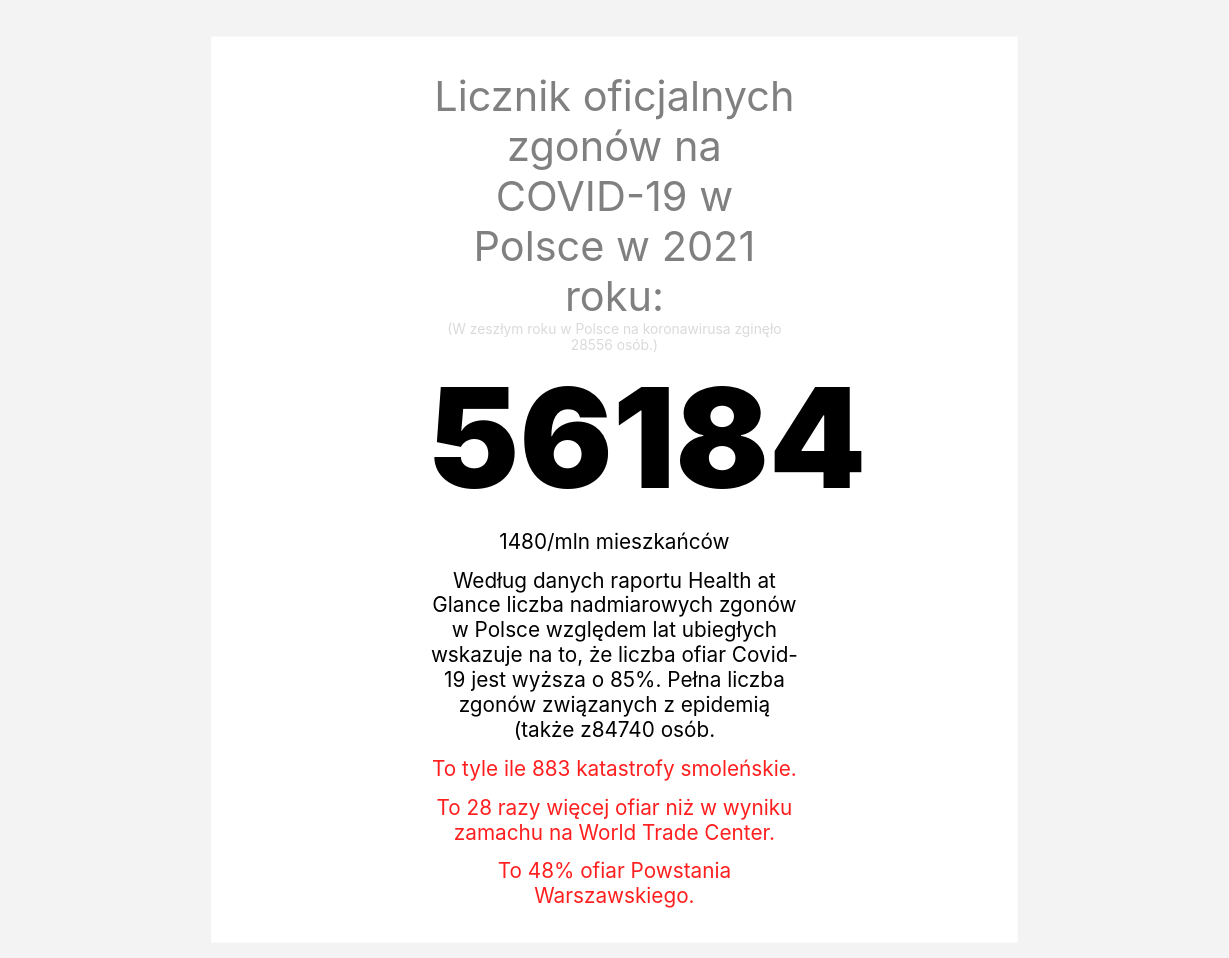
Repository: michalgornicki/poland-covid
Page: /
The author's editor kept a copy of each file at every save. The page is drawn from the files as they stood at one save, then again after a run of saves.
The browser window is 1280 px wide. The pictures show the whole page, at 96% of full size.
The project was rebuilt for these pictures with package versions that can differ from the ones it lists, and the page was loaded fresh each time.

Above is the page before, as saved 2021-12-04 21:11:16.

### src/App.jsx
import React, { useEffect } from "react";
import "./App.css";

function App() {
  const startTime = () => {
    const date = new Date();
    let miliseconds = date.getTime();
    let seconds = Math.round(miliseconds / 1000);
    let thisYearSeconds = Math.round(seconds - 1609401600);
    let deaths = Math.round(thisYearSeconds * 0.00192110763);
    let allDeaths = deaths + 28556;
    let excessDeaths = allDeaths*1.85;
    let smolensk = Math.round(allDeaths / 96);
    let tradeCenter = Math.round(allDeaths / 2977);
    let uprising = (allDeaths / 175000).toFixed(2) * 100;


    document.getElementsByClassName("counter")[0].innerHTML = deaths;
    let deathsPerMillion = Math.round(deaths / 37.95);
    document.getElementsByClassName("counter-2")[0].innerHTML =
      deathsPerMillion + "/mln mieszkańców";
    document.getElementsByClassName("counter-3")[0].innerHTML =
      "Łącznie na Covid-19 zginęło w Polsce już " + (deaths + 28556) + " osób.";
      document.getElementsByClassName("counter-3")[0].innerHTML =
      "Według danych raportu Health at Glance liczba nadmiarowych zgonów w Polsce względem lat ubiegłych wskazuje na to, że liczba ofiar Covid-19 jest wyższa o 85%. Pełna liczba zgonów związanych z epidemią (także z" + (deaths + 28556) + " osób.";
    document.getElementsByClassName("counter-4")[0].innerHTML =
      "To tyle ile " + smolensk + " katastrofy smoleńskie.";
      document.getElementsByClassName("counter-4")[1].innerHTML =
      "To " + tradeCenter + " razy więcej ofiar niż w wyniku zamachu na World Trade Center.";
      document.getElementsByClassName("counter-4")[2].innerHTML =
      "To " + uprising + "% ofiar Powstania Warszawskiego.";

    setTimeout(startTime, 1000);
  };

  useEffect(() => {
    startTime();
  });

  return (
    <p>
      <div className="text-container">
        <div className="header">
          Licznik oficjalnych zgonów na COVID-19 w Polsce w 2021 roku:
        </div>
        <div className="header-2">
          (W zeszłym roku w Polsce na koronawirusa zginęło 28556 osób.)
        </div>
        <div className="counter">{""}</div>
        <div className="counter-2">{""}</div>
        <div className="counter-3"></div>
        <div className="counter-4"></div>
        <div className="counter-4"></div>
        <div className="counter-4"></div>
      </div>
    </p>
  );
}

export default App;

### src/App.css
body{
    background-color: rgb(243, 243, 243);
}

.text-container{
    display: block;
    margin: auto;
    margin-top: 3%;
    background-color: white;
    width: 60%;
    padding: 5vmin;
}

.header{
    font-size: 6vmin;
    display: block;
    margin: auto;
    width: 50%;
    text-align: center;
    color: gray;
}

.header-2{
    font-size: 2vmin;
    display: block;
    margin: auto;
    width: 50%;
    text-align: center;
    color: rgb(218, 218, 218);
}

.counter{
    font-size: 20vmin;
    font-weight: 900;
    display: block;
    margin: auto;
    width: 50%;
    text-align: center;
    color: rgb(0, 0, 0);
}

.counter-2{
    font-size: 3vmin;
    display: block;
    margin: auto;
    margin-top: 1vmin;
    width: 50%;
    text-align: center;
}

.counter-3{
    font-size: 3vmin;
    display: block;
    margin: auto;
    margin-top: 2vmin;
    width: 50%;
    text-align: center;
    color: rgb(0, 0, 0);
}

.counter-4{
    font-size: 3vmin;
    display: block;
    margin: auto;
    margin-top: 2vmin;
    width: 50%;
    text-align: center;
    color: rgb(255, 31, 31);
}

@media only screen and (max-width: 800px) {

    .text-container{
        display: block;
        margin: auto;
        margin-top: 3%;
        background-color: white;
        width: 90%;
        padding: 5vmin;
    }

    .header{
        font-size: 9vmin;
        display: block;
        margin: auto;
        width: 100%;
        text-align: center;
        color: gray;
    }

    .header-2{
        font-size: 5vmin;
        display: block;
        margin: auto;
        width: 100%;
        text-align: center;
        color: rgb(218, 218, 218);
    }

    .counter{
        font-size: 28vmin;
        font-weight: 900;
        display: block;
        margin: auto;
        width: fit-content;
        text-align: center;
        color: rgb(0, 0, 0);
    }

    .counter-2{
        font-size: 6vmin;
        display: block;
        margin: auto;
        margin-top: 1vmin;
        width: fit-content;
        text-align: center;
    }

    .counter-3{
        font-size: 6vmin;
        display: block;
        margin: auto;
        margin-top: 2vmin;
        width: fit-content;
        text-align: center;
        color: rgb(0, 0, 0);
    }

    .counter-4{
        font-size: 6vmin;
        display: block;
        margin: auto;
        margin-top: 10vmin;
        width: fit-content;
        text-align: center;
        color: rgb(255, 31, 31);
    }
}

Loaded but not shown: public/index.html (common file); src/index.js (common file); src/index.css (common file); src/reportWebVitals.js (common file)

After the next 4 saves:
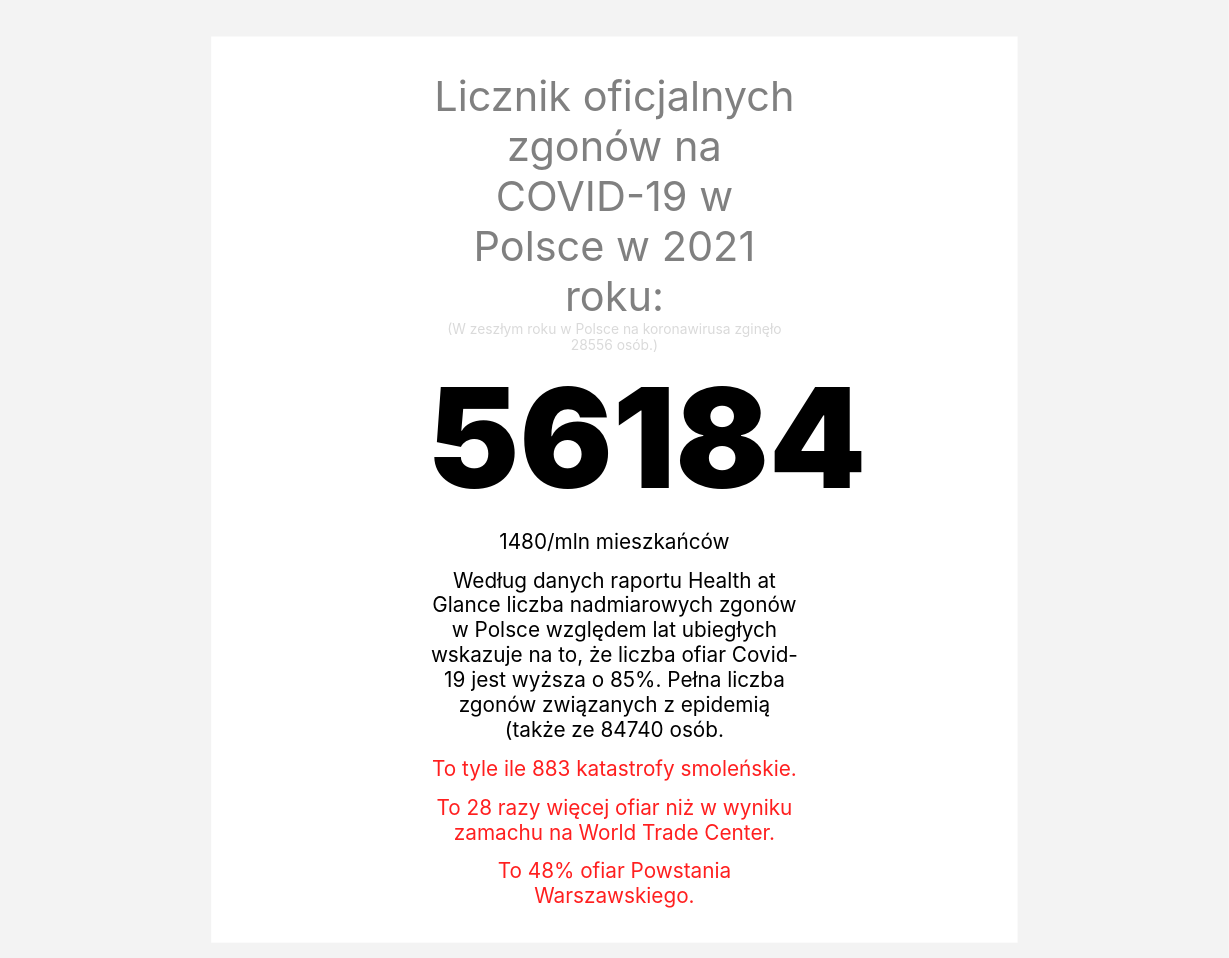
The 4 saves are shown as one change because they came seconds apart.
The last was saved 10 s later.
--- a/src/App.jsx
+++ b/src/App.jsx
@@ -22,7 +22,7 @@
     document.getElementsByClassName("counter-3")[0].innerHTML =
       "Łącznie na Covid-19 zginęło w Polsce już " + (deaths + 28556) + " osób.";
       document.getElementsByClassName("counter-3")[0].innerHTML =
-      "Według danych raportu Health at Glance liczba nadmiarowych zgonów w Polsce względem lat ubiegłych wskazuje na to, że liczba ofiar Covid-19 jest wyższa o 85%. Pełna liczba zgonów związanych z epidemią (także z" + (deaths + 28556) + " osób.";
+      "Według danych raportu Health at Glance liczba nadmiarowych zgonów w Polsce względem lat ubiegłych wskazuje na to, że liczba ofiar Covid-19 jest wyższa o 85%. Pełna liczba zgonów związanych z epidemią (także ze " + (deaths + 28556) + " osób.";
     document.getElementsByClassName("counter-4")[0].innerHTML =
       "To tyle ile " + smolensk + " katastrofy smoleńskie.";
       document.getElementsByClassName("counter-4")[1].innerHTML =
